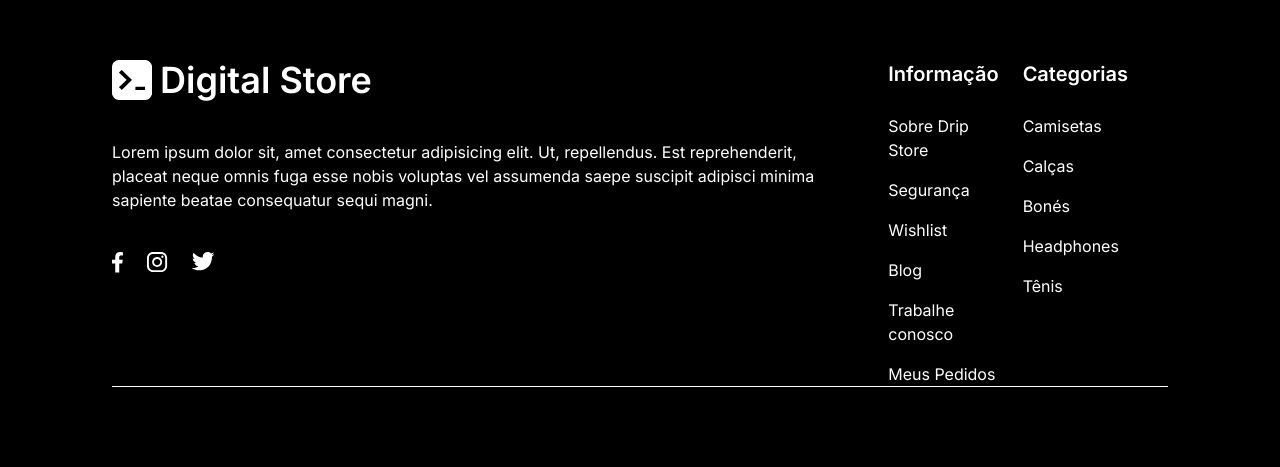
Repository: geracao-09/digital-store
Page: index.html
An editor plug-in stored every save of this project. The page is shown before and after the next save, followed by the edit.
The browser window is 1280 px wide. The pictures show the part of the page from y = 3410 to 3877 px (the page is 3877 px tall).
A picture or video elsewhere on the page could not be fetched, so the positions and the page height are approximate.

Above is the page before, as saved 2025-04-25 08:56:38.

### index.html
<!DOCTYPE html>
<html lang="pt-br">
<head>
    <meta charset="UTF-8">
    <meta name="viewport" content="width=device-width, initial-scale=1.0">
    <title>Digital Store</title>
    <link href="./style.css" rel="stylesheet">
    <script src="https://cdn.jsdelivr.net/npm/@tailwindcss/browser@4"></script>
    <link rel="shortcut icon" href="/assets/digital-logo.svg" type="image/x-icon">
</head>
<body>
<header class="flex flex-col gap-12 px-[108px] py-[38px]">
    <div class="flex items-center justify-between">
        <div class="flex gap-1">
            <img src="/assets/digital-logo.svg" alt="Logo da Digital Store">
            <h1 class="text-4xl text-(--primary-color) font-semibold">Digital Store</h1>
        </div>
        <input type="text" placeholder="Pesquisar produto..." class="bg-(--light-gray-3) py-2 px-3 rounded-lg ml-40 mr-14 bg-[url(/assets/icons/search.svg)] bg-no-repeat bg-right focus:placeholder-transparent w-[560px]" />
        <div>
            <a href="#" class="bg-(--primary-color) text-white rounded-lg px-7 py-3 font-bold text-sm">
                Entrar
            </a>
        </div>
        <div class="relative">
            <img src="/assets/icons/cart.svg" alt="Imagem de um carrinho de compras">
            <div class="flex justify-center items-center absolute bg-(--tertiary-color) text-white font-bold text-xs rounded-full w-[18px] h-[18px] bottom-[15px] left-3">
                2
            </div>
        </div>
    </div>
    </div>
    <nav class="pl-32">
        <ul class="flex gap-6 text-(--dark-gray-2)">
            <li class="hover:text-(--primary-color) hover:font-bold">
                <a href="#">
                Home
            </a>
        </li>
            <li class="hover:text-(--primary-color) hover:font-bold">
                <a href="#">
                Produtos
            </a>
        </li>
            <li class="hover:text-(--primary-color) hover:font-bold">
                <a href="#">
                Categorias
            </a>
        </li>
            <li class="hover:text-(--primary-color) hover:font-bold">
                <a href="#">
                Meus Pedidos
            </a>
        </li>
        </ul>
    </nav>
</header>
<main>
    <section class="flex px-[108px] bg-(--light-gray-3) py-[78px] h-[680px] relative">
        <div class="flex flex-col gap-5 w-[466px]">
            <p class="text-(--warning-color) font-bold">
                Melhores ofertas personalizadas
            </p>
            <h2 class="font-extrabold text-6xl">
                Queima de estoque Nike 🔥
            </h2>
            <p class="text-(--dark-gray-2) text-lg">
                Consequat culpa exercitation mollit nisi excepteur do do tempor laboris eiusmod irure consectetur.
            </p>
            <a href="#" class="flex items-center justify-center bg-(--primary-color) text-(--light-gray-3) font-bold w-[220px] h-[48px] rounded-lg">
                Ver Ofertas
            </a>
        </div>
        <img src="/assets/pictures/white-sneakers.svg" alt="Foto de um tenis branco" class="absolute right-28 bottom-8"/>
        <img src="/assets/ornaments/ornament.svg" alt="Firula do site - by wendell" class="absolute top-12 right-8">
    </section>
    <section class="flex flex-col gap-15 px-[108px] py-[42px]">
        <div class="flex flex-col gap-10">
            <h4 class="text-(--dark-gray-2) font-bold text-2xl">
                Coleções em destaque
            </h4>
            <ul class="grid grid-cols-3 gap-3.5 h-68">
                <li  class="flex bg-[#D8E3F2] pl-8 pt-8 rounded-md relative bg-[url(/assets/pictures/star-wars-shirt-pic.svg)] bg-no-repeat bg-bottom-right">
                    <div class="w-1/2 z-10">
                    <p class="bg-[#E7FF86] rounded-4xl font-bold text-(--dark-gray-2) w-[96px] text-center py-1.5 text-sm">
                        30% OFF
                    </p>
                    <h5 class="font-bold text-(--dark-gray) text-4xl mt-2.5 mb-8">
                        Novo drop Supreme
                    </h5>
                    <a href="#" class="text-(--primary-color) bg-white rounded-xl font-bold px-12 py-4.5">
                        Comprar
                    </a>
                </div>
                </li>
                <li  class="flex bg-[#D8E3F2] pl-8 pt-8 rounded-md relative bg-[url(/assets/pictures/sneaks-pic.svg)] bg-no-repeat bg-bottom-right">
                    <div class="w-1/2 z-10">
                    <p class="bg-[#E7FF86] rounded-4xl font-bold text-(--dark-gray-2) w-[96px] text-center py-1.5 text-sm">
                        30% OFF
                    </p>
                    <h5 class="font-bold text-(--dark-gray) text-4xl mt-2.5 mb-8">
                        Coleção Adidas
                    </h5>
                    <a href="#" class="text-(--primary-color) bg-white rounded-xl font-bold px-12 py-4.5">
                        Comprar
                    </a>
                </div>
                </li>
                <li  class="flex bg-[#D8E3F2] pl-8 pt-8 rounded-md relative bg-[url(/assets/pictures/headphone-pic.svg)] bg-no-repeat bg-bottom-right">
                    <div class="w-1/2 z-10">
                    <p class="bg-[#E7FF86] rounded-4xl font-bold text-(--dark-gray-2) w-[96px] text-center py-1.5 text-sm">
                        30% OFF
                    </p>
                    <h5 class="font-bold text-(--dark-gray) text-4xl mt-2.5 mb-8">
                        Novo<br> Beats Bass
                    </h5>
                    <a href="#" class="text-(--primary-color) bg-white rounded-xl font-bold px-12 py-4.5">
                        Comprar
                    </a>
                </div>
                </li>
            </ul>
        </div>
        <div class="bg-[url(/assets/icons/house-border.svg)] bg-no-repeat bg-center object-contain flex flex-col items-center gap-5 pt-5.5 h-[318px]">
            <h1 class="font-bold text-2xl text-(--dark-gray-2)">
                Coleções em destaque
            </h1>
            <ul class="flex gap-8">
                <li><a href="#">
                    <div class="bg-[url(/assets/icons/t-shirt.svg)] w-[104px] h-[104px] bg-white bg-no-repeat bg-center rounded-full"></div>
                    <p class="font-bold text-sm text-(--dark-gray-2) text-center">Camisetas</p>
                </a></li>
                <li><a href="#">
                    <div class="bg-[url(/assets/icons/pants.svg)] w-[104px] h-[104px] bg-white bg-no-repeat bg-center rounded-full"></div>
                    <p class="font-bold text-sm text-(--dark-gray-2) text-center">Calças</p>
                </a></li>
                <li><a href="#">
                    <div class="bg-[url(/assets/icons/cap.svg)] w-[104px] h-[104px] bg-white bg-no-repeat bg-center rounded-full"></div>
                    <p class="font-bold text-sm text-(--dark-gray-2) text-center">Bonés</p>
                </a></li>
                <li><a href="#">
                    <div class="bg-[url(/assets/icons/headphones.svg)] w-[104px] h-[104px] bg-white bg-no-repeat bg-center rounded-full"></div>
                    <p class="font-bold text-sm text-(--dark-gray-2) text-center">Headphones</p>
                </a></li>
                <li><a href="#">
                    <div class="bg-[url(/assets/icons/sneakers.svg)] w-[104px] h-[104px] bg-white bg-no-repeat bg-center rounded-full"></div>
                    <p class="font-bold text-sm text-(--dark-gray-2) text-center">Tênis</p>
                </a></li>
            </ul>
        </div>
    </section>
    <section class="px-[108px]">
        <div class="flex justify-between mb-5">
            <h4 class="text-(--dark-gray-2) font-bold text-2xl">
                Produtos em  alta
            </h4>
            <div class="flex gap-2 items-center">
                <a href="#" class="text-(--primary-color) text-[18px]">
                    Ver todos
                </a>
                <img src="/assets/ornaments/arrow-right.svg" alt="Flecha apontando pra direita" class="w-[24px]">
            </div>
        </div>
        <ul class="grid grid-cols-4">
            <li class="mb-5">
            <div class="bg-[url(/assets/pictures/sneaks-pic2.svg)] w-[292px] h-[320px] bg-white bg-no-repeat bg-center relative">
                <div class="flex justify-center items-center bg-[#E7FF86] font-bold text-sm h-[32px] w-[96px] rounded-4xl absolute left-5 top-5">50% off</div>
            </div>
                <div>
                    <p class="text-xs text-(--light-gray) font-bold">
                        Tênis
                    </p>
                    <h5 class="text-2xl text-(--dark-gray-2)">
                        K-Swiss V8 - Masculino
                    </h5>
                    <div class="flex gap-2">
                    <h5 class="text-(--light-gray) line-through text-2xl">
                        $200
                    </h5>
                    <h5 class="font-bold text-2xl">
                        $100
                    </h5>
                </div>
            </div>
            </li>
            <li class="mb-5">
            <div class="bg-[url(/assets/pictures/sneaks-pic2.svg)] w-[292px] h-[320px] bg-white bg-no-repeat bg-center relative">
                <div class="flex justify-center items-center bg-[#E7FF86] font-bold text-sm h-[32px] w-[96px] rounded-4xl absolute left-5 top-5">50% off</div>
            </div>
                <div>
                    <p class="text-xs text-(--light-gray) font-bold">
                        Tênis
                    </p>
                    <h5 class="text-2xl text-(--dark-gray-2)">
                        K-Swiss V8 - Masculino
                    </h5>
                    <div class="flex gap-2">
                    <h5 class="text-(--light-gray) line-through text-2xl">
                        $200
                    </h5>
                    <h5 class="font-bold text-2xl">
                        $100
                    </h5>
                </div>
            </div>
            </li>
            <li class="mb-5">
            <div class="bg-[url(/assets/pictures/sneaks-pic2.svg)] w-[292px] h-[320px] bg-white bg-no-repeat bg-center relative">
            </div>
                <div>
                    <p class="text-xs text-(--light-gray) font-bold">
                        Tênis
                    </p>
                    <h5 class="text-2xl text-(--dark-gray-2)">
                        K-Swiss V8 - Masculino
                    </h5>
                    <h5 class="font-bold text-2xl">
                        $100
                    </h5>
            </div>
            </li>
            <li class="mb-5">
            <div class="bg-[url(/assets/pictures/sneaks-pic2.svg)] w-[292px] h-[320px] bg-white bg-no-repeat bg-center relative">
            </div>
                <div>
                    <p class="text-xs text-(--light-gray) font-bold">
                        Tênis
                    </p>
                    <h5 class="text-2xl text-(--dark-gray-2)">
                        K-Swiss V8 - Masculino
                    </h5>
                    <h5 class="font-bold text-2xl">
                        $100
                    </h5>
            </div>
            </li>
            <li class="mb-5">
            <div class="bg-[url(/assets/pictures/sneaks-pic2.svg)] w-[292px] h-[320px] bg-white bg-no-repeat bg-center relative">
            </div>
                <div>
                    <p class="text-xs text-(--light-gray) font-bold">
                        Tênis
                    </p>
                    <h5 class="text-2xl text-(--dark-gray-2)">
                        K-Swiss V8 - Masculino
                    </h5>
                    <h5 class="font-bold text-2xl">
                        $100
                    </h5>
            </div>
            </li>
            <li class="mb-5">
            <div class="bg-[url(/assets/pictures/sneaks-pic2.svg)] w-[292px] h-[320px] bg-white bg-no-repeat bg-center relative">
            </div>
                <div>
                    <p class="text-xs text-(--light-gray) font-bold">
                        Tênis
                    </p>
                    <h5 class="text-2xl text-(--dark-gray-2)">
                        K-Swiss V8 - Masculino
                    </h5>
                    <h5 class="font-bold text-2xl">
                        $100
                    </h5>
            </div>
            </li>
            <li class="mb-5">
            <div class="bg-[url(/assets/pictures/sneaks-pic2.svg)] w-[292px] h-[320px] bg-white bg-no-repeat bg-center relative">
            </div>
                <div>
                    <p class="text-xs text-(--light-gray) font-bold">
                        Tênis
                    </p>
                    <h5 class="text-2xl text-(--dark-gray-2)">
                        K-Swiss V8 - Masculino
                    </h5>
                    <h5 class="font-bold text-2xl">
                        $100
                    </h5>
            </div>
            </li>
            <li class="mb-5">
            <div class="bg-[url(/assets/pictures/sneaks-pic2.svg)] w-[292px] h-[320px] bg-white bg-no-repeat bg-center relative">
            </div>
                <div>
                    <p class="text-xs text-(--light-gray) font-bold">
                        Tênis
                    </p>
                    <h5 class="text-2xl text-(--dark-gray-2)">
                        K-Swiss V8 - Masculino
                    </h5>
                    <h5 class="font-bold text-2xl">
                        $100
                    </h5>
            </div>
            </li>

        </ul>
    </section>
    <section class="flex justify-center items-center bg-white py-20 px-18 gap-28">
        <div>
            <div class="w-[456px] h-[456px] bg-linear-(--secondary-gradient) rounded-full  relative">
                <img src="/assets/pictures/ei-jordao.svg" alt="" class="w-[574px] absolute top-[12%] right-[12%] scale-135">
            </div>
        </div>
        <div class="flex flex-col gap-4 w-[40%]">
            <p class="text-sm text-(--primary-color) font-bold">
                Oferta especial
            </p>
            <h2 class="font-bold text-(--dark-gray-2) text-5xl">
                Air Jordan edição de colecionador
            </h2>
            <p class="text-(--dark-gray-2)">
                Lorem ipsum dolor sit amet, consectetur adipiscing elit, sed do eiusmod tempor incididunt ut labore et dolore magna aliqua. Ut enim ad minim veniam, quis nostrud exercitation ullamco laboris nisi ut aliquip
            </p>
            <a href="#" class="flex items-center justify-center bg-(--primary-color) text-(--light-gray-3) font-bold w-[220px] h-[48px] rounded-lg mt-6">
                Ver Ofertas
            </a>
        </div>
    </section>
</main>
<footer class="bg-black text-white py-20 px-28">
    <div class="flex gap-10">
        <div  class="flex flex-col gap-10 mr-6">
            <div class="flex gap-2">
                <img src="/assets/white-logo.svg" alt="Logo da Digital em branco">
                <h4 class="font-semibold text-4xl">Digital Store</h4>
            </div>
        <div>
            <p>Lorem ipsum dolor sit, amet consectetur adipisicing elit. Ut, repellendus. Est reprehenderit, placeat neque omnis fuga esse nobis voluptas vel assumenda saepe suscipit adipisci minima sapiente beatae consequatur sequi magni.</p>
        </div>
        <div>
            <ul class="flex gap-6">
                <li><img src="/assets/icons/facebook.svg" alt="logo da facebook"></li>
                <li><img src="/assets/icons/instagram.svg" alt="logo do instagram"></li>
                <li><img src="/assets/icons/twitter.svg" alt="logo da twitter, vulgo, X"></li>
            </ul>
        </div>
    </div>
        <div class="flex gap-6">
            <ul class="flex flex-col gap-4 list-none">
                <li class="font-semibold text-xl mb-2.5">Informação</li>
                <li><a href="#">
                    Sobre Drip Store
                </a></li>
                <li><a href="#">
                    Segurança
                </a></li>
                <li><a href="#">
                    Wishlist
                </a></li>
                <li><a href="#">
                    Blog
                </a></li>
                <li><a href="#">
                    Trabalhe conosco
                </a></li>
                <li><a href="#">
                    Meus Pedidos
                </a></li>
            </ul>
            <ul class="flex flex-col gap-4 list-none">
                <li class="font-semibold text-xl mb-2.5">Categorias</li>
                <li><a href="#">
                    Camisetas
                </a></li>
                <li><a href="#">
                    Calças
                </a></li>
                <li><a href="#">
                    Bonés
                </a></li>
                <li><a href="#">
                    Headphones
                </a></li>
                <li><a href="#">
                    Tênis
                </a></li>
            </ul>
        </div>
        <div>
            <h6></h6>
            <p></p>
            <p></p>
        </div>
    </div>
    <hr>
    <div>

    </div>
</footer>
</body>
</html>

### style.css
@import url('https://fonts.googleapis.com/css2?family=Inter:ital,opsz,wght@0,14..32,100..900;1,14..32,100..900&display=swap');

:root {
    --dark-gray: #1F1F1F;
    --dark-gray-2: #474747;
    --dark-gray-3: #666666;
    --light-gray: #8F8F8F;
    --light-gray-2: #CCCCCC;
    --light-gray-3: #F5F5F5;
    --white: #FFFFFF;
    --primary-color: #C92071;
    --secondary-color: #B5B6F2;
    --tertiary-color: #991956;
    --error-color: #EE4266;
    --success-color: #52CA76;
    --warning-color: #F6AA1C;
    --primary-gradient: 180deg,#C92071, #EDABCA;
    --secondary-gradient: 180deg, #B5B6F2, #EFEFFF;
}

* {
    font-family: "Inter", sans-serif;
    box-sizing: border-box;
}

main {
    background-color: #F9F8FE;
}

### assets/icons/instagram.svg
<svg width="21" height="21" viewBox="0 0 21 21" fill="none" xmlns="http://www.w3.org/2000/svg">
<path d="M15.3772 3.59082C15.0646 3.59082 14.7647 3.71504 14.5436 3.93614C14.3225 4.15725 14.1982 4.45713 14.1982 4.76982C14.1981 4.92473 14.2285 5.07815 14.2877 5.22131C14.3469 5.36447 14.4337 5.49456 14.5432 5.60415C14.6527 5.71373 14.7827 5.80066 14.9258 5.85998C15.0689 5.91929 15.2223 5.94982 15.3772 5.94982C15.6899 5.94982 15.9898 5.82561 16.2109 5.6045C16.432 5.38339 16.5562 5.08351 16.5562 4.77082C16.5564 4.61591 16.526 4.46249 16.4668 4.31933C16.4076 4.17617 16.3208 4.04608 16.2113 3.93649C16.1018 3.82691 15.9718 3.73997 15.8287 3.68066C15.6856 3.62135 15.5322 3.59082 15.3772 3.59082Z" fill="white"/>
<path d="M10.1361 5.10303C8.82331 5.10435 7.56467 5.62637 6.63631 6.55454C5.70794 7.48272 5.18567 8.74126 5.18408 10.054C5.18567 11.3669 5.70791 12.6255 6.63625 13.5539C7.56458 14.4822 8.82322 15.0044 10.1361 15.006C11.449 15.0044 12.7076 14.4822 13.6359 13.5539C14.5643 12.6255 15.0865 11.3669 15.0881 10.054C15.0865 8.74126 14.5642 7.48272 13.6359 6.55454C12.7075 5.62637 11.4489 5.10435 10.1361 5.10303ZM10.1361 13.226C9.29489 13.2252 8.48838 12.8906 7.89366 12.2957C7.29894 11.7008 6.96461 10.8942 6.96408 10.053C6.96488 9.21201 7.29933 8.40566 7.89402 7.81096C8.48871 7.21627 9.29506 6.88182 10.1361 6.88103C10.9771 6.88182 11.7835 7.21627 12.3782 7.81096C12.9728 8.40566 13.3073 9.21201 13.3081 10.053C13.3076 10.8942 12.9732 11.7008 12.3785 12.2957C11.7838 12.8906 10.9773 13.2252 10.1361 13.226Z" fill="white"/>
<path d="M14.0681 20.108H6.03607C4.43499 20.1061 2.90003 19.4693 1.7679 18.3371C0.635768 17.205 -0.00107705 15.67 -0.00292969 14.069V6.04098C-0.00134169 4.43973 0.635388 2.90451 1.76755 1.77216C2.89971 0.639813 4.43482 0.00282968 6.03607 0.000976562H14.0641C15.6651 0.0028292 17.2001 0.639674 18.3322 1.7718C19.4644 2.90394 20.1012 4.4389 20.1031 6.03998V14.068C20.1015 15.6685 19.4653 17.2031 18.334 18.3354C17.2027 19.4676 15.6686 20.1051 14.0681 20.108ZM6.03607 1.89297C4.93662 1.8943 3.88259 2.33164 3.10516 3.10907C2.32773 3.88649 1.8904 4.94053 1.88907 6.03998V14.068C1.88881 15.1685 2.32544 16.224 3.10304 17.0028C3.88064 17.7815 4.93558 18.2197 6.03607 18.221H14.0641C15.1638 18.2199 16.2182 17.7827 16.996 17.0053C17.7738 16.2279 18.2115 15.1737 18.2131 14.074V6.04597C18.2115 4.94626 17.7738 3.89208 16.996 3.11465C16.2182 2.33722 15.1638 1.90003 14.0641 1.89898L6.03607 1.89297Z" fill="white"/>
</svg>

### assets/icons/pants.svg
<svg width="64" height="64" viewBox="0 0 64 64" fill="none" xmlns="http://www.w3.org/2000/svg">
<path d="M20.3125 0.149998C19.7875 0.450001 19.7625 0.612499 19.75 2.9125V5.125L13.3625 32.25C9.41247 49.075 6.99997 59.55 7.02497 59.8375C7.04997 60.15 7.16247 60.3625 7.37497 60.525C7.69997 60.7625 18.2875 64 18.7375 64C18.875 64 19.125 63.875 19.3 63.7125C19.525 63.525 21.775 58.3875 27.075 46C31.1875 36.4125 34.575 28.525 34.6125 28.475C34.6875 28.3875 39.375 39.175 39.375 39.4125C39.375 39.4625 38.225 39.5 36.8125 39.5C34.25 39.5 34.2375 39.5 33.9375 39.8125L33.625 40.1125V45.3V50.4875L33.9125 50.8125C34.1625 51.1 34.625 51.2125 39.7875 52.25C43.6875 53.025 45.4625 53.3375 45.6625 53.2625C45.8125 53.2 48.3875 50.95 51.375 48.2625C55.8 44.2875 56.8375 43.2875 56.975 42.9125C57.1 42.5625 57.125 41.8375 57.1 40.25L57.05 38.0625L53.375 21.9375L49.7 5.8125L49.6375 3.2125L49.5625 0.599998L49.2125 0.299999L48.8625 0H34.7125C24.3 0.0125008 20.5 0.0499992 20.3125 0.149998ZM26.125 3.1875V4.25H24H21.875V3.1875V2.125H24H26.125V3.1875ZM31.5 3.1875V4.25H29.875H28.25V3.1875V2.125H29.875H31.5V3.1875ZM35.75 3.1875V4.25H34.6875H33.625V3.1875V2.125H34.6875H35.75V3.1875ZM41.1 3.2125L41.1375 4.25H39.5H37.875V3.1875V2.1125L39.475 2.15L41.0625 2.1875L41.1 3.2125ZM47.5 3.1875V4.25H45.375H43.25V3.1875V2.125H45.375H47.5V3.1875ZM26.125 7.775C26.125 9.4375 25.875 10.1375 25.025 10.9C24.3125 11.5375 23.5125 11.75 21.7875 11.75C20.4875 11.75 20.3625 11.725 20.425 11.525C20.5 11.3 21.625 6.5 21.625 6.425C21.625 6.4 22.6375 6.375 23.875 6.375H26.125V7.775ZM33.625 15.8375V25.3125L25.8625 43.4375C21.5875 53.4 18.0875 61.575 18.075 61.5875C18.0375 61.6375 9.59997 59.125 9.42497 59.0125C9.32497 58.9625 10.9625 51.8 14.575 36.4375C17.4875 24.0625 19.875 13.925 19.875 13.9C19.875 13.8875 20.625 13.875 21.55 13.875C24.225 13.875 25.3125 13.55 26.575 12.35C27.8 11.1875 28.25 9.95 28.25 7.6875V6.375H30.9375H33.625V15.8375ZM37.875 14.6625V22.95L37.225 23.4375C36.8625 23.7 36.375 24.05 36.1625 24.225L35.75 24.525V15.45V6.375H36.8125H37.875V14.6625ZM41.1375 8.125C41.225 10.0625 41.325 10.4625 42 11.4625C42.5625 12.3125 43.2375 12.9 44.1625 13.325C45.1 13.75 45.925 13.875 47.7625 13.875C49.325 13.875 49.375 13.8875 49.4375 14.15C50.875 20.25 54.875 38.425 54.875 38.875V39.5H48.325H41.775L39.075 33.2C37.5875 29.7375 36.375 26.85 36.375 26.7875C36.3875 26.7375 37.1125 26.15 37.9875 25.5C38.875 24.85 39.6875 24.1625 39.8 23.975C39.975 23.6875 40 22.6875 40 15V6.3625L40.5375 6.4L41.0625 6.4375L41.1375 8.125ZM48.275 9C48.6 10.4125 48.8625 11.6125 48.8625 11.675C48.875 11.725 48.125 11.7625 47.225 11.725C45.675 11.6875 45.5125 11.65 44.9 11.325C43.625 10.625 43.25 9.825 43.25 7.8125V6.375L45.4625 6.4L47.6875 6.4375L48.275 9ZM54.875 41.9375C54.875 42.1875 53.9125 43.1125 49.95 46.6875L45.025 51.125L40.6625 50.25C38.275 49.775 36.1875 49.35 36.0375 49.3125L35.75 49.25V45.4375V41.625H45.3125H54.875V41.9375Z" fill="#8F8F8F"/>
</svg>

Loaded but not shown: assets/icons/headphones.svg (8 lines, source omitted)

After the next save:
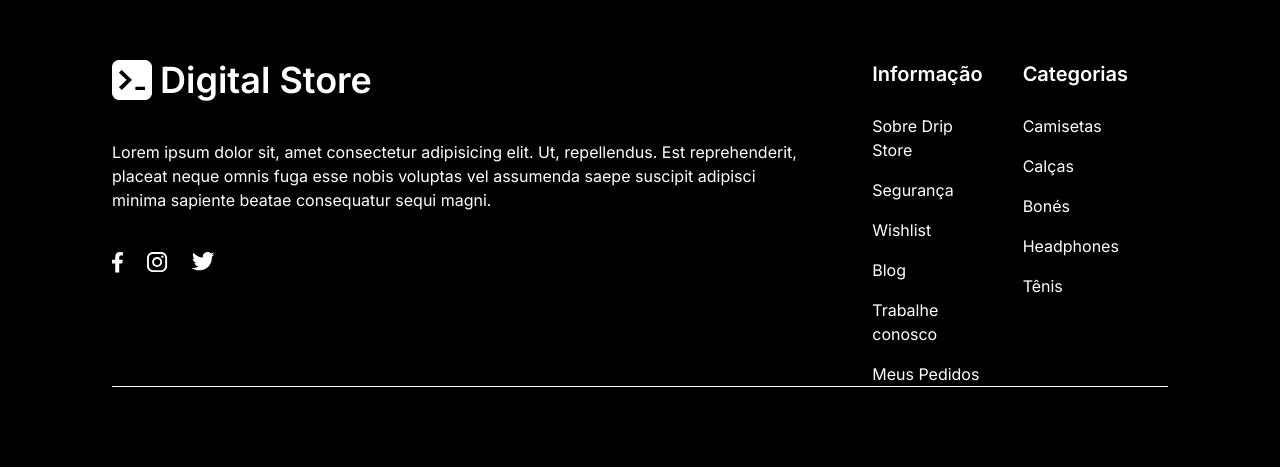
Saved 12 s later.
--- a/index.html
+++ b/index.html
@@ -336,7 +336,7 @@
             </ul>
         </div>
     </div>
-        <div class="flex gap-6">
+        <div class="flex gap-10">
             <ul class="flex flex-col gap-4 list-none">
                 <li class="font-semibold text-xl mb-2.5">Informação</li>
                 <li><a href="#">
